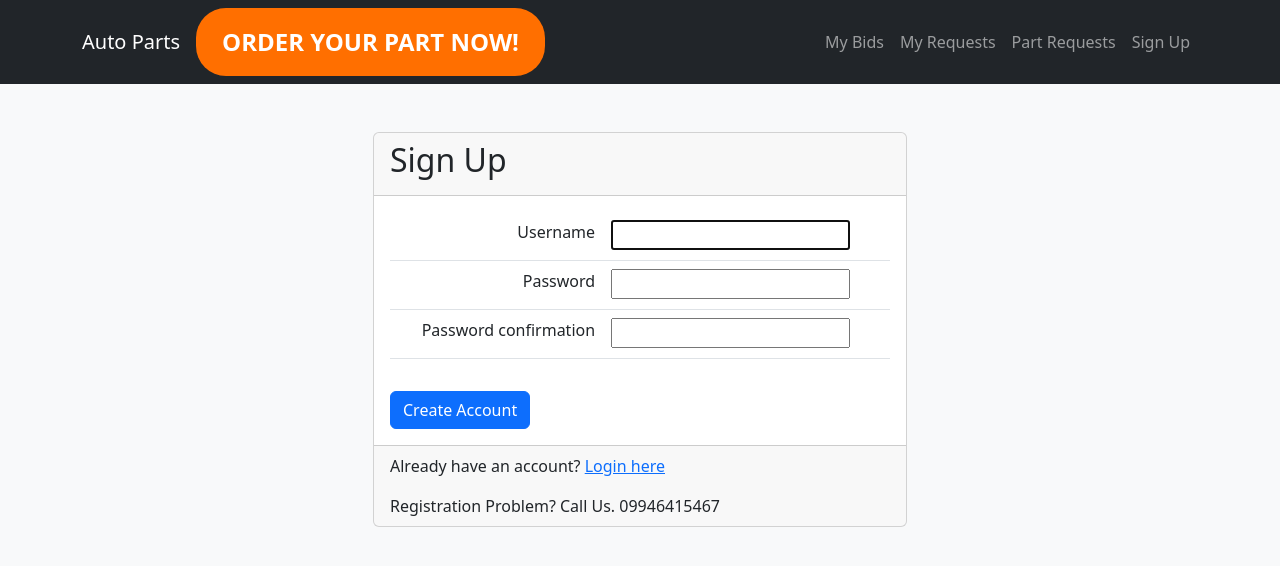
Repository: Jijiluzana225/onlineparts
Page: http://localhost/register/
The author's editor kept a copy of each file at every save. The page is drawn from the files as they stood at one save, then again after the next save.
The browser window is 1280 px wide. The pictures show the whole page.
The page is served by the project's application, run on Django 5.2 (manage.py). Other server files are loaded and not shown.

Above is the page before, as saved 2025-02-20 10:36:57.

### orders/templates/orders/register.html
{% extends 'orders/landing.html' %}

{% block content %}
<div class="container mt-5">
    <div class="row justify-content-center">
        <div class="col-lg-6 col-md-8 col-sm-10">
            <div class="card">
                <div class="card-header">
                    <h2>Sign Up</h2>
                </div>
                <div class="card-body">
                    <form method="post">
                        {% csrf_token %}
                        <table class="table">
                            {% for field in form %}
                            <tr>
                                <td class="text-end">
                                    <label class="form-label">{{ field.label }}</label>
                                </td>
                                <td>
                                    {{ field }}
                                    {% if field.errors %}
                                    <div class="text-danger">
                                        {{ field.errors|striptags }}
                                    </div>
                                    {% endif %}
                                </td>
                            </tr>
                            {% endfor %}
                        </table>
                        <button type="submit" class="btn btn-primary mt-3">Create Account</button>
                    </form>
                </div>
                <div class="card-footer">
                    <p>Already have an account? <a href="{% url 'login' %}">Login here</a></p>
                    Registration Problem? Call Us. 09946415467
                </div>
            </div>
        </div>
    </div>
</div>
{% endblock %}

### orders/templates/orders/landing.html
<!DOCTYPE html>
<html lang="en">
<head>
    <meta charset="UTF-8">
    <meta name="viewport" content="width=device-width, initial-scale=1">
    <title>{% block title %}Landing Page{% endblock %}</title>
    <link href="https://cdn.jsdelivr.net/npm/bootstrap@5.3.0/dist/css/bootstrap.min.css" rel="stylesheet">
    <style>
        body {
            background-color: #f8f9fa;
        }
        .hero {
            height: 80vh;
            display: flex;
            align-items: center;
            justify-content: center;
            text-align: center;
            background: url('https://source.unsplash.com/1600x900/?car,parts') no-repeat center center/cover;
            color: white;
            position: relative;
        }
        .hero-overlay {
            background: black;
            padding: 50px;
            border-radius: 10px;
        }
        .btn-custom {
            background-color: #ff6f00;
            color: white;
            border-radius: 30px;
            padding: 15px 25px;
            font-size: 1.5rem;
            font-weight: bold;
            text-transform: uppercase;
            transition: background 0.3s ease;
        }
        .btn-custom:hover {
            background-color: #e65c00;
        }
    </style>
    {% block extra_css %}{% endblock %}
</head>
<body>

<!-- Navbar -->
<nav class="navbar navbar-expand-lg navbar-dark bg-dark">
    <div class="container">
        <a class="navbar-brand" href="{% url 'home' %}">Auto Parts</a>
        <a href="{% url 'order_part' %}" class="btn btn-custom">Order Your Part Now!</a>

        <button class="navbar-toggler" type="button" data-bs-toggle="collapse" data-bs-target="#navbarNav">
            <span class="navbar-toggler-icon"></span>
        </button>
        <div class="collapse navbar-collapse" id="navbarNav">
            <ul class="navbar-nav ms-auto">
                <li class="nav-item"><a class="nav-link" href="{% url 'store_bids' %}">My Bids</a></li>
                <li class="nav-item"><a class="nav-link" href="{% url 'my_part_requests' %}">My Requests</a></li>
                <li class="nav-item"><a class="nav-link" href="{% url 'part_request_list' %}">Part Requests</a></li>

                {% if user.is_authenticated %}
                    <li class="nav-item dropdown">
                        <a class="nav-link dropdown-toggle" href="#" id="userDropdown" role="button" data-bs-toggle="dropdown">
                            {{ user.username }}
                        </a>
                        <ul class="dropdown-menu">
                            <li><a class="dropdown-item" href="{% url 'profile_update' %}">Profile</a></li>
                            <li>
                                <form method="post" action="{% url 'logout' %}">
                                    {% csrf_token %}
                                    <button type="submit" class="dropdown-item">Logout</button>
                                </form>
                            </li>
                        </ul>
                    </li>
                {% else %}
                    <li class="nav-item"><a class="nav-link btn btn-secondary" href="{% url 'register' %}">Sign Up</a></li>
                {% endif %}
            </ul>
        </div>
    </div>
</nav>

<!-- Hero Section -->
{% comment %} <div class="hero">
    <div class="hero-overlay">
        <h1 class="mb-4">Request Your Auto Parts Here!</h1>
        <a href="{% url 'order_part' %}" class="btn btn-custom">Order Your Part Now!</a>
    </div>
</div> {% endcomment %}

<!-- Main Content -->
<main class="container mt-4">
    {% block content %}
    {% endblock %}
</main>

<!-- Bootstrap JS -->
<script src="https://cdn.jsdelivr.net/npm/bootstrap@5.3.0/dist/js/bootstrap.bundle.min.js"></script>
{% block extra_js %}{% endblock %}
</body>
</html>

### orders/views.py
from django.shortcuts import render, redirect
from .forms import CustomerRegistrationForm
from django.shortcuts import render, redirect
from django.contrib.auth import login, authenticate
from django.contrib.auth.forms import UserCreationForm

def register_view(request):
    if request.method == "POST":
        form = CustomerRegistrationForm(request.POST)
        if form.is_valid():
            user = form.save()  # Create the user
            username = form.cleaned_data.get("username")
            password = form.cleaned_data.get("password1")
            user = authenticate(username=username, password=password)  # Authenticate
            if user is not None:
                login(request, user)  # Auto-login user
                return redirect("landing")  # Redirect to landing page
    else:
        form = UserCreationForm()

    return render(request, "orders/register.html", {"form": form})


def landing_page(request):
    return render(request, 'orders/landing.html')



from django.shortcuts import render, redirect
from django.contrib.auth.decorators import login_required
from .forms import CustomerUpdateForm

@login_required
def profile_update_view(request):
    user = request.user
    if request.method == "POST":
        form = CustomerUpdateForm(request.POST, instance=user)
        if form.is_valid():
            form.save()
            return redirect("home")  # Stay on profile page after saving
    else:
        form = CustomerUpdateForm(instance=user)

    return render(request, "orders/profile_update.html", {"form": form})



from django.shortcuts import render, redirect
from django.contrib.auth.decorators import login_required
from .forms import PartRequestForm

@login_required
def order_part_view(request):
    if request.method == "POST":
        form = PartRequestForm(request.POST, request.FILES)
        if form.is_valid():
            part_request = form.save(commit=False)
            part_request.user = request.user
            part_request.save()
            return redirect("order_success")  # Redirect to a success page
    else:
        form = PartRequestForm()

    return render(request, "orders/order_part.html", {"form": form})


def order_success(request):
    return render(request, "orders/order_success.html")

from django.shortcuts import render
from .models import PartRequest

def part_request_list(request):
    part_requests = PartRequest.objects.all().order_by('-created_at')  # Order by latest date
    return render(request, 'orders/part_request_list.html', {'part_requests': part_requests})

from django.shortcuts import render, get_object_or_404
from .models import PartRequest

def part_request_detail(request, pk):
    part_request = get_object_or_404(PartRequest, pk=pk)
    return render(request, 'orders/part_request_detail.html', {'part_request': part_request})


from django.shortcuts import render, get_object_or_404, redirect
from django.contrib.auth.decorators import login_required
from .models import PartRequest, Bid
from .forms import BidForm

@login_required
def place_bid(request, part_request_id):
    part_request = get_object_or_404(PartRequest, id=part_request_id)

    if request.method == "POST":
        form = BidForm(request.POST, request.FILES)
        if form.is_valid():
            bid = form.save(commit=False)
            bid.part_request = part_request
            bid.store = request.user  # Only logged-in stores can bid
            bid.save()
            return render(request, 'orders/landing.html', {'part_request': part_request})

    else:
        form = BidForm()

    return render(request, "orders/place_bid.html", {"form": form, "part_request": part_request})

from django.shortcuts import render
from django.contrib.auth.decorators import login_required
from django.utils.decorators import method_decorator
from django.views.generic import ListView
from .models import PartRequest

@method_decorator(login_required, name="dispatch")
class MyPartRequestsView(ListView):

    model = PartRequest
    template_name = "orders/my_part_requests.html"
    context_object_name = "part_requests"

    def get_queryset(self):
        return PartRequest.objects.filter(user=self.request.user).prefetch_related("bids").order_by("-created_at")



from django.shortcuts import render, get_object_or_404
from django.views.generic import DetailView
from .models import Bid

class BidDetailView(DetailView):
    model = Bid
    template_name = "orders/bid_detail.html"
    context_object_name = "bid"


from django.contrib import messages
from django.http import HttpResponseRedirect
from django.urls import reverse
from django.views import View
from django.shortcuts import get_object_or_404
from .models import Bid, PartRequest

class AcceptBidView(View):
    def post(self, request, pk):
        bid = get_object_or_404(Bid, pk=pk)
        part_request = bid.part_request

        # Close the PartRequest
        part_request.status = "Closed"
        part_request.save()

        # Set selected bid to "Accepted"
        bid.status = "Accepted"
        bid.save()

        # Reject all other bids for this part request
        Bid.objects.filter(part_request=part_request).exclude(pk=pk).update(status="Rejected")

        messages.success(request, "Bid accepted successfully! The part request is now closed.")
        return HttpResponseRedirect(reverse("my_part_requests"))



from django.shortcuts import render
from django.contrib.auth.decorators import login_required
from .models import Bid

@login_required
def store_bids(request):
    bids = Bid.objects.filter(store=request.user).order_by("-created_at")
    return render(request, "orders/store_bids.html", {"bids": bids})


from django.shortcuts import render, get_object_or_404, redirect
from django.urls import reverse_lazy
from django.views.generic import UpdateView, DeleteView, DetailView
from django.contrib import messages
from .models import Bid
from .forms import BidForm

class BidDetailViewView(DetailView):
    model = Bid
    template_name = "orders/bid_detail_view.html"
    context_object_name = "bid"

class BidUpdateView(UpdateView):
    model = Bid
    form_class = BidForm
    template_name = "orders/bid_form.html"

    def form_valid(self, form):
        messages.success(self.request, "Bid updated successfully!")
        return super().form_valid(form)

    def get_success_url(self):
        return reverse_lazy("bid_detail", kwargs={"pk": self.object.pk})

class BidDeleteView(DeleteView):
    model = Bid
    template_name = "orders/bid_confirm_delete.html"
    success_url = reverse_lazy("store_bids")

    def delete(self, request, *args, **kwargs):
        messages.success(request, "Bid deleted successfully!")
        return super().delete(request, *args, **kwargs)

### Onlinespareparts/urls.py
from django.contrib import admin
from django.urls import path, include
from django.conf import settings
from django.conf.urls.static import static

urlpatterns = [
    path('admin/', admin.site.urls),
    path('', include('orders.urls')),
]

urlpatterns += static(settings.MEDIA_URL, document_root=settings.MEDIA_ROOT)

### orders/urls.py
from django.urls import path
from .views import *
from django.contrib.auth import views as auth_views


urlpatterns = [
    path('register/', register_view, name='register'),
    path('login/', auth_views.LoginView.as_view(template_name='orders/login.html'), name='login'),
    path('logout/', auth_views.LogoutView.as_view(next_page='login'), name='logout'),
    path('', landing_page, name='home'),  # This makes the landing page accessible at "/"
    path('profile/update/', profile_update_view, name='profile_update'),
    path("order/", order_part_view, name="order_part"),
    path("order-success/", order_success, name="order_success"),
    path('part-requests/', part_request_list, name='part_request_list'),
    path('part-requests/<int:pk>/', part_request_detail, name='part_request_detail'),
    path("bid/<int:part_request_id>/", place_bid, name="place_bid"),
    path("my-part-requests/", MyPartRequestsView.as_view(), name="my_part_requests"),
    path("bid_details/<int:pk>/", BidDetailView.as_view(), name="bid_detail"),
    path("accept-bid/<int:pk>/", AcceptBidView.as_view(), name="accept_bid"),
    path("store/bids/", store_bids, name="store_bids"),

    path("bidview/<int:pk>/", BidDetailViewView.as_view(), name="bid_detail_view"),
    path("bidview/<int:pk>/update/", BidUpdateView.as_view(), name="bid_update"),
    path("bidview/<int:pk>/delete/", BidDeleteView.as_view(), name="bid_delete"),


]

After the next save:
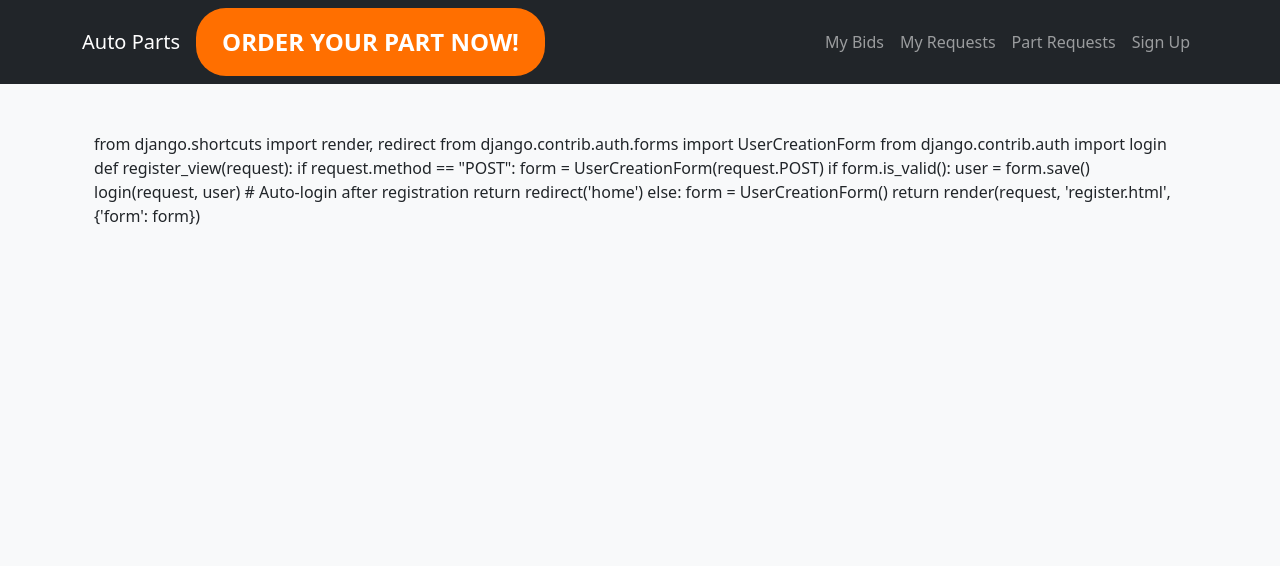
Saved 97 s later.
--- a/orders/templates/orders/register.html
+++ b/orders/templates/orders/register.html
@@ -2,41 +2,20 @@
 
 {% block content %}
 <div class="container mt-5">
-    <div class="row justify-content-center">
-        <div class="col-lg-6 col-md-8 col-sm-10">
-            <div class="card">
-                <div class="card-header">
-                    <h2>Sign Up</h2>
-                </div>
-                <div class="card-body">
-                    <form method="post">
-                        {% csrf_token %}
-                        <table class="table">
-                            {% for field in form %}
-                            <tr>
-                                <td class="text-end">
-                                    <label class="form-label">{{ field.label }}</label>
-                                </td>
-                                <td>
-                                    {{ field }}
-                                    {% if field.errors %}
-                                    <div class="text-danger">
-                                        {{ field.errors|striptags }}
-                                    </div>
-                                    {% endif %}
-                                </td>
-                            </tr>
-                            {% endfor %}
-                        </table>
-                        <button type="submit" class="btn btn-primary mt-3">Create Account</button>
-                    </form>
-                </div>
-                <div class="card-footer">
-                    <p>Already have an account? <a href="{% url 'login' %}">Login here</a></p>
-                    Registration Problem? Call Us. 09946415467
-                </div>
-            </div>
-        </div>
-    </div>
+    from django.shortcuts import render, redirect
+from django.contrib.auth.forms import UserCreationForm
+from django.contrib.auth import login
+
+def register_view(request):
+    if request.method == "POST":
+        form = UserCreationForm(request.POST)
+        if form.is_valid():
+            user = form.save()
+            login(request, user)  # Auto-login after registration
+            return redirect('home')
+    else:
+        form = UserCreationForm()
+    return render(request, 'register.html', {'form': form})
+
 </div>
 {% endblock %}

After the save that followed:
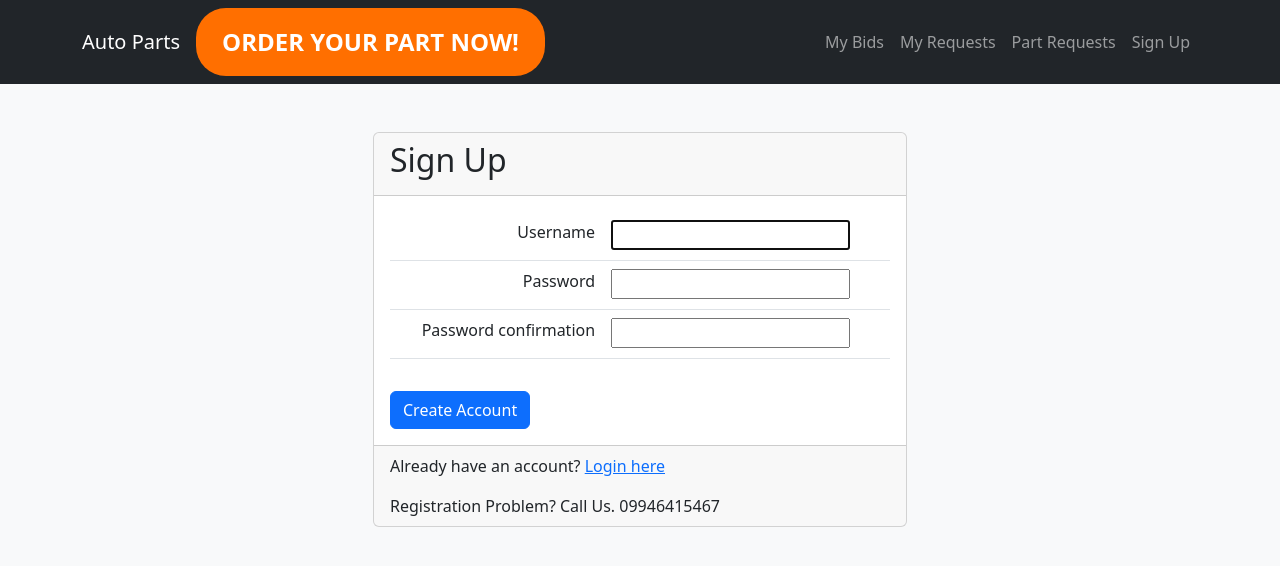
Saved 12 s later.
--- a/orders/templates/orders/register.html
+++ b/orders/templates/orders/register.html
@@ -2,20 +2,41 @@
 
 {% block content %}
 <div class="container mt-5">
-    from django.shortcuts import render, redirect
-from django.contrib.auth.forms import UserCreationForm
-from django.contrib.auth import login
-
-def register_view(request):
-    if request.method == "POST":
-        form = UserCreationForm(request.POST)
-        if form.is_valid():
-            user = form.save()
-            login(request, user)  # Auto-login after registration
-            return redirect('home')
-    else:
-        form = UserCreationForm()
-    return render(request, 'register.html', {'form': form})
-
+    <div class="row justify-content-center">
+        <div class="col-lg-6 col-md-8 col-sm-10">
+            <div class="card">
+                <div class="card-header">
+                    <h2>Sign Up</h2>
+                </div>
+                <div class="card-body">
+                    <form method="post">
+                        {% csrf_token %}
+                        <table class="table">
+                            {% for field in form %}
+                            <tr>
+                                <td class="text-end">
+                                    <label class="form-label">{{ field.label }}</label>
+                                </td>
+                                <td>
+                                    {{ field }}
+                                    {% if field.errors %}
+                                    <div class="text-danger">
+                                        {{ field.errors|striptags }}
+                                    </div>
+                                    {% endif %}
+                                </td>
+                            </tr>
+                            {% endfor %}
+                        </table>
+                        <button type="submit" class="btn btn-primary mt-3">Create Account</button>
+                    </form>
+                </div>
+                <div class="card-footer">
+                    <p>Already have an account? <a href="{% url 'login' %}">Login here</a></p>
+                    Registration Problem? Call Us. 09946415467
+                </div>
+            </div>
+        </div>
+    </div>
 </div>
 {% endblock %}
